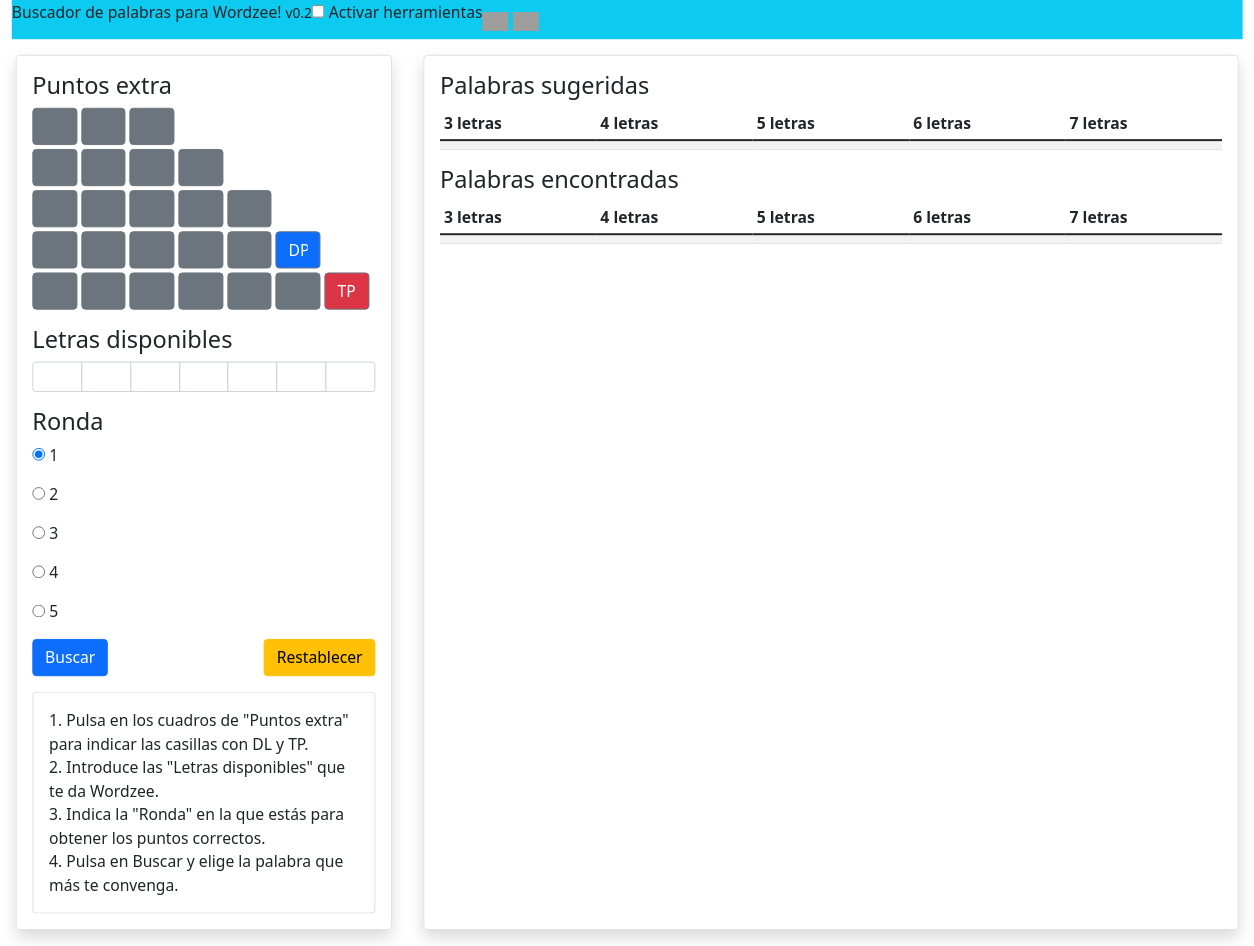
Repository: angelcafe/wordzee-bp_javascript
Page: index.html
The author's editor kept a copy of each file at every save. The page is drawn from the files as they stood at one save, then again after the next save.
The browser window is 1280 px wide. The pictures show the whole page, at 98% of full size.
Pictures or frames that could not be fetched are drawn as grey boxes.

Above is the page before, as saved 2021-10-22 21:53:05.

After the next save:
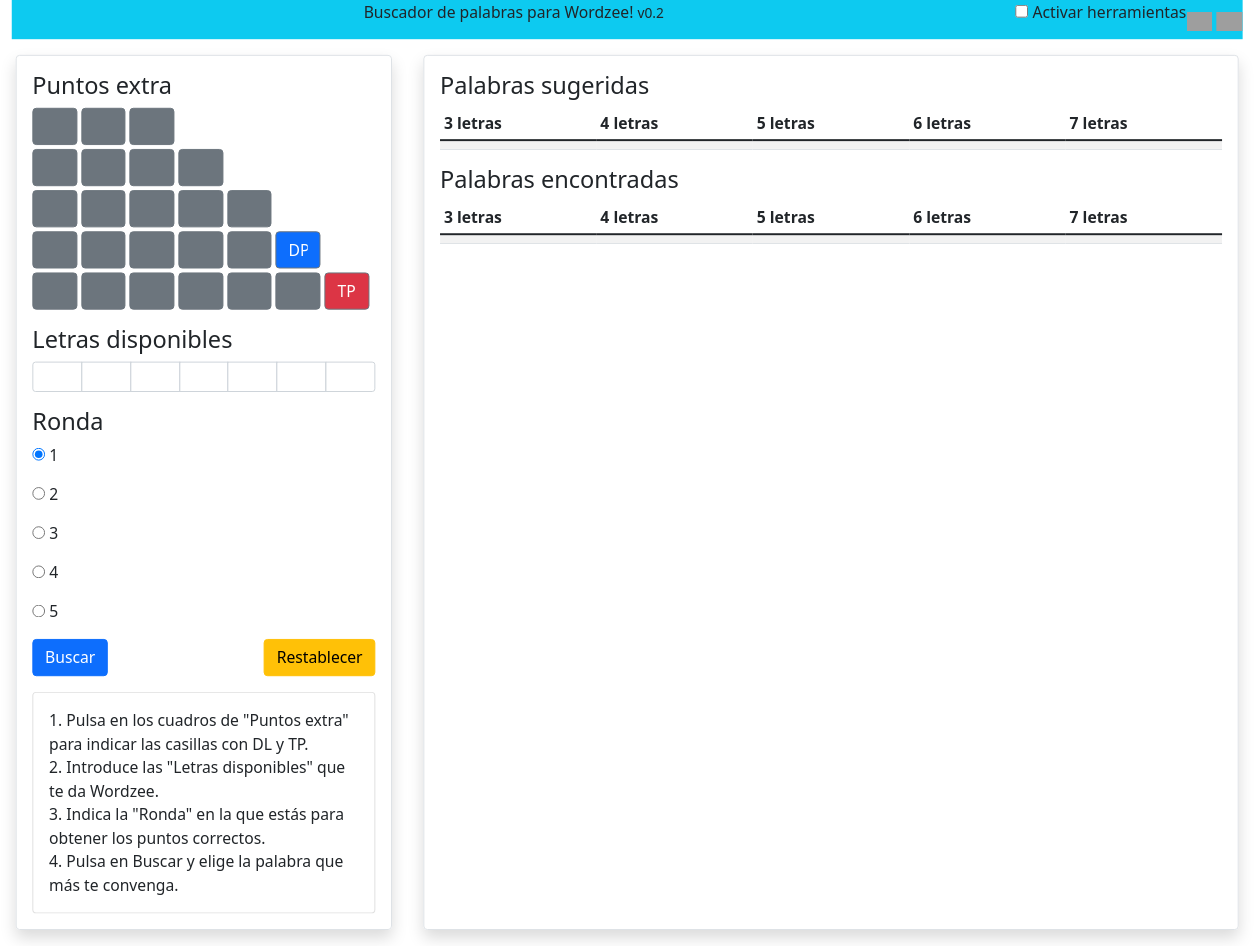
Saved 76 s later.
--- a/index.html
+++ b/index.html
@@ -19,7 +19,9 @@
     <div class="container-fluid pl-2 pr-2">
         <!-- Cabecera -->
         <nav class="nav nav-fill bg-info">
-            <span>Buscador de palabras para Wordzee! <small>v0.2</small></span>
+            <li class="nav-item">
+                <span>Buscador de palabras para Wordzee! <small>v0.2</small></span>
+            </li>
             <div class="custom-control custom-switch custom-control-inline">
                 <input class="custom-control-input" type="checkbox" id="idActivarHerramientas">
                 <label class="custom-control-label" for="idActivarHerramientas">Activar herramientas</label>
